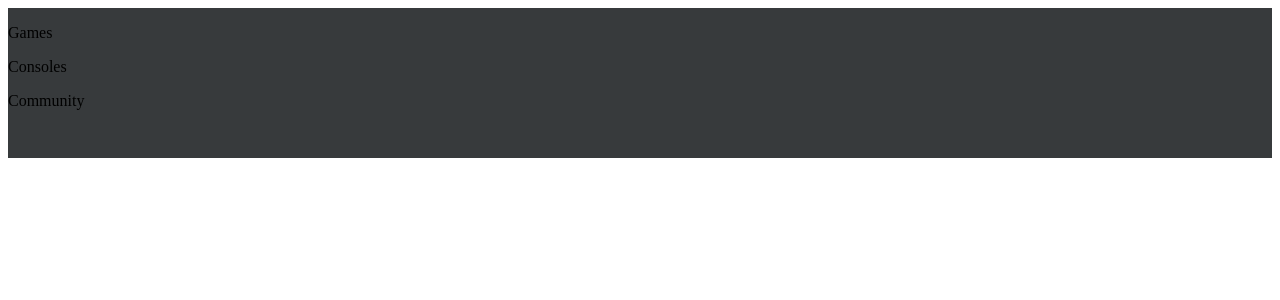
Repository: IrinaGetmanenko/week6
Page: xbox.html
These files come from the project's save history. The page is drawn as it stood at one moment and after the next save; the edit follows.
The browser window is 1280 px wide. The pictures show the whole page.

Above is the page before, as saved 2022-10-24 21:10:11.

After the next save:
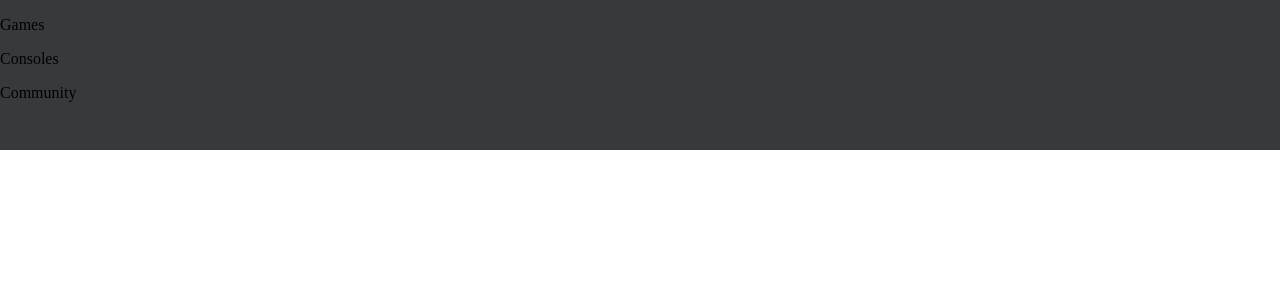
Saved 5 s later.
--- a/xbox.html
+++ b/xbox.html
@@ -5,7 +5,8 @@
     <meta http-equiv="X-UA-Compatible" content="IE=edge">
     <meta name="viewport" content="width=device-width, initial-scale=1.0">
     <title>Xbox</title>
-    <link rel="stylesheet" href="">
+    <link rel="stylesheet" href="assets\normalize.css">
+
 </head>
 <style>
     .nav{
